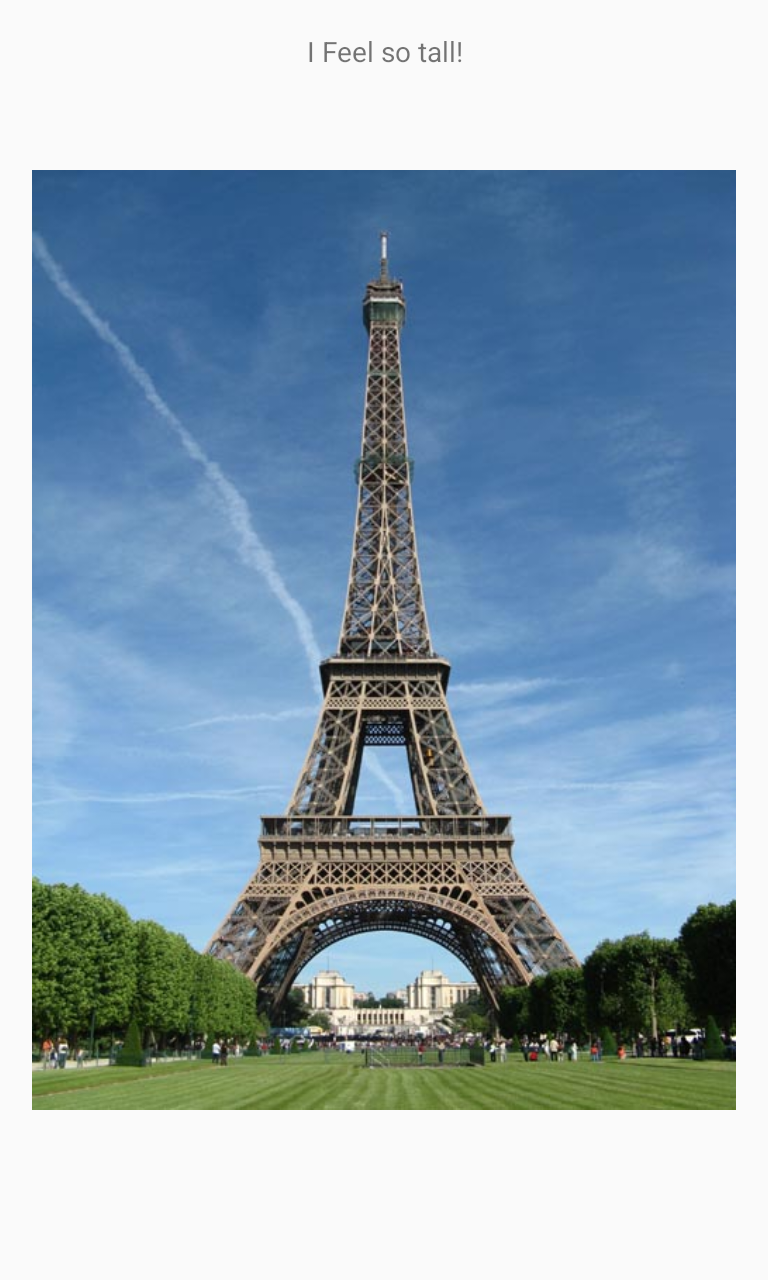
Repository: Smahane/Android_CST407
Layout: HomeWork2/HomeWork2_Resources_State/res/layout/fragment_opinion.xml
The author's editor kept a copy of each file at every save. The layout is drawn from the files as they stood at one save, then again after the next save.
It is drawn on a 768 x 1280 px phone screen (xhdpi) without system bars, with theme AppTheme; the app's code is not run.

Above is the layout before, as saved 2014-07-20 17:44:16.

### HomeWork2/HomeWork2_Resources_State/res/layout/fragment_opinion.xml
<RelativeLayout xmlns:android="http://schemas.android.com/apk/res/android"
    xmlns:tools="http://schemas.android.com/tools"
    android:layout_width="match_parent"
    android:layout_height="match_parent"
    android:paddingBottom="@dimen/activity_vertical_margin"
    android:paddingLeft="@dimen/activity_horizontal_margin"
    android:paddingRight="@dimen/activity_horizontal_margin"
    android:paddingTop="@dimen/activity_vertical_margin"
    tools:context="com.example.homework2_resources.OpinionActivity$PlaceholderFragment" >

    <TextView
        android:id="@+id/textView1"
        android:layout_width="match_parent"
        android:layout_height="wrap_content"
        android:gravity="center"
        android:text="@string/portrait" />

    <ImageView
        android:id="@+id/imageView1"
        android:layout_width="wrap_content"
        android:layout_height="wrap_content"
        android:layout_alignLeft="@+id/textView1"
        android:layout_centerHorizontal="true"
        android:src="@drawable/eiffeltower" />

</RelativeLayout>

### HomeWork2/HomeWork2_Resources_State/res/values/strings.xml
<?xml version="1.0" encoding="utf-8"?>
<resources>

    <string name="app_name">HomeWork2_Resources</string>
    <string name="portrait">I Feel so tall!</string>
    <string name="action_settings">Settings</string>
    <string name="land_txt">the world looks flat</string>
    <string name="EiffelTowerImage">Eiffel Tower</string>

</resources>

Loaded but not shown: HomeWork2/HomeWork2_Resources_State/res/values/styles.xml (common file); HomeWork2/HomeWork2_Resources_State/res/values-v11/styles.xml (common file); HomeWork2/HomeWork2_Resources_State/res/values-v14/styles.xml (common file); HomeWork2/HomeWork2_Resources_State/res/values/dimens.xml (common file); HomeWork2/HomeWork2_Resources_State/res/values-w820dp/dimens.xml (common file)

After the next save:
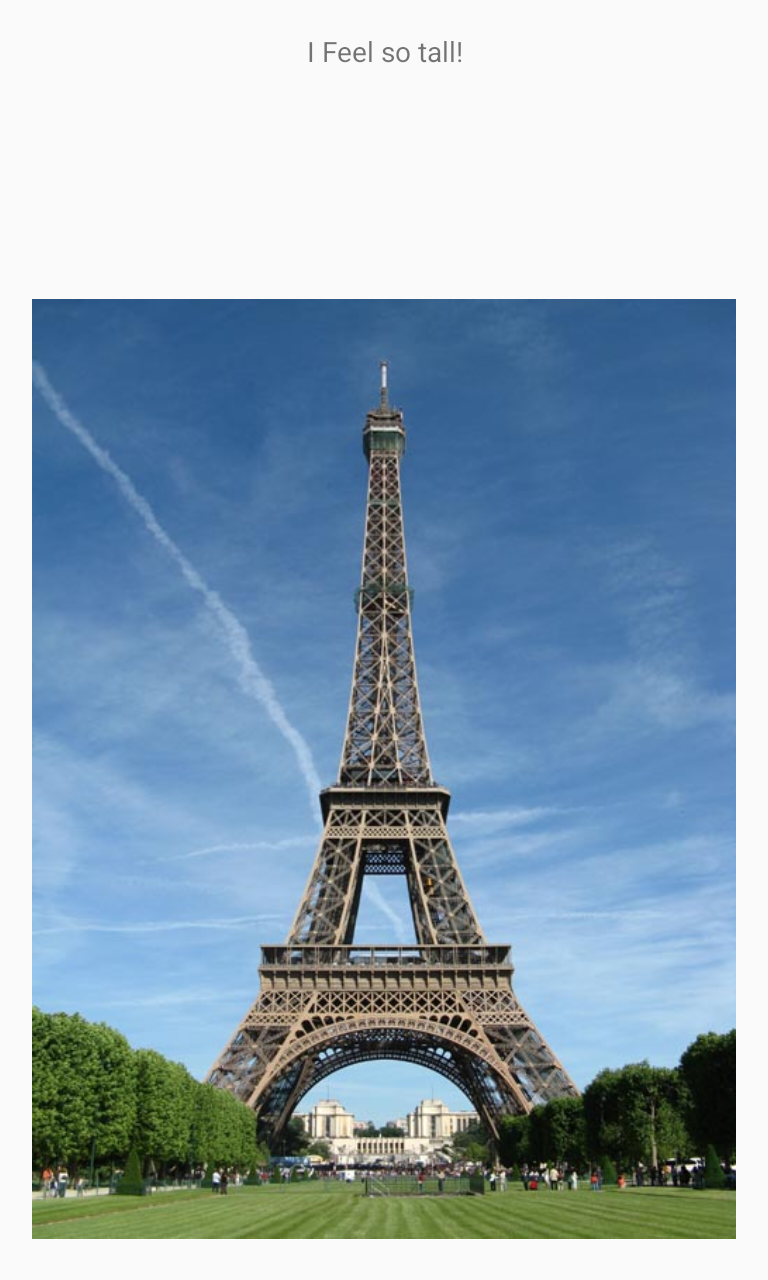
Saved 48 s later.
--- a/HomeWork2/HomeWork2_Resources_State/res/layout/fragment_opinion.xml
+++ b/HomeWork2/HomeWork2_Resources_State/res/layout/fragment_opinion.xml
@@ -20,6 +20,8 @@
         android:layout_width="wrap_content"
         android:layout_height="wrap_content"
         android:layout_alignLeft="@+id/textView1"
+        android:layout_below="@+id/textView1"
+        android:layout_marginTop="110dp"
         android:layout_centerHorizontal="true"
         android:src="@drawable/eiffeltower" />
 
